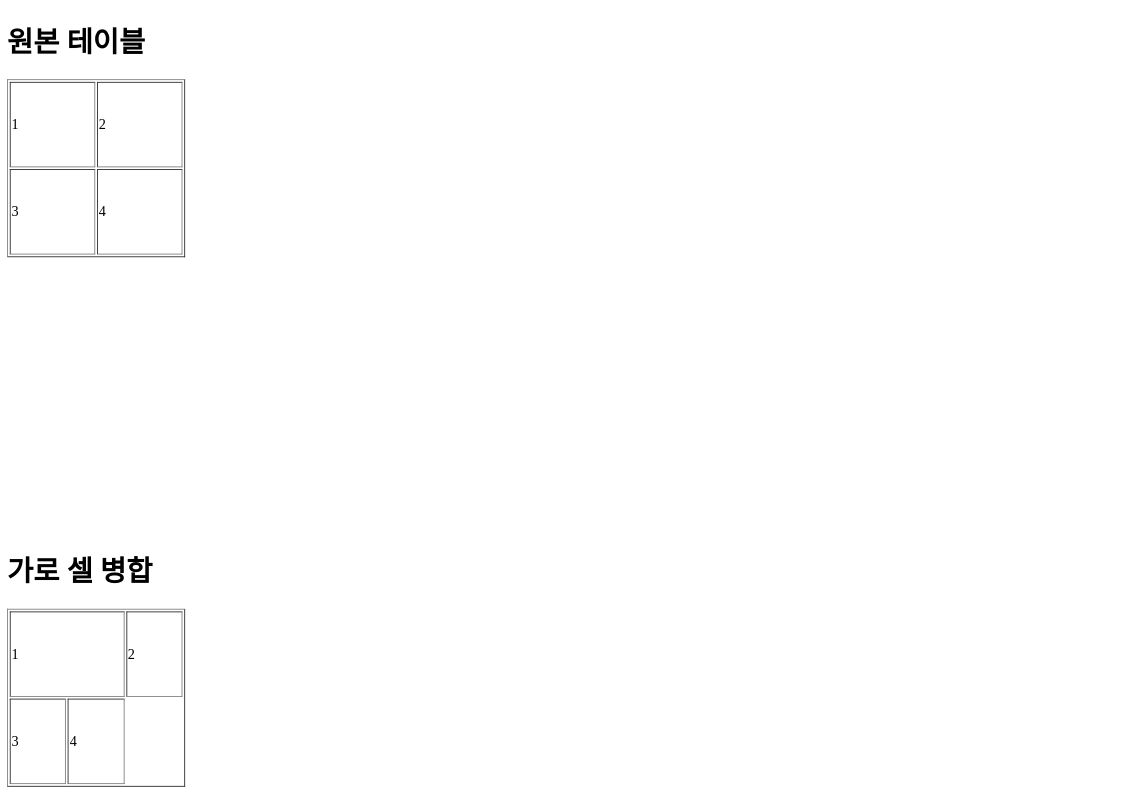
Repository: seula123/Front-End
Page: ClientTest/src/main/webapp/html/ex17_table.html
These files come from the project's save history. The page is drawn as it stood at one moment and after the next save; the edit follows.
The browser window is 1280 px wide. The pictures show the whole page, at 89% of full size.

Above is the page before, as saved 2023-09-21 01:28:22.

### ClientTest/src/main/webapp/html/ex17_table.html
<!DOCTYPE html>
<html>
<head>
<meta charset="UTF-8">
<title>Insert title here</title>
</head>
<body>

		<!-- ex17_table.html  -->



		<!--

			셀병합
			1. 가로 셀병합
			2. 세로 셀병합



		-->

		<h1> 원본 테이블 </h1>

		<table border width = "200" height ="200">
			<tr>
				<td>1</td>
				<td>2</td>
			</tr>
			<tr>
				<td>3</td>
				<td>4</td>
			</tr>
		</table>



		<br><br><br><br><br><br><br><br><br><br><br><br><br><br><br><br><br>


		<!--  ** 각각의 <tr>내의 <td> 개수는 동일해야한다.-->


		<h1> 가로 셀 병합 </h1>

		<table border width = "200" height ="200">
			<tr>
				<td colspan = "2">1</td>
				<td>2</td>
			</tr>
			<tr>
				<td>3</td>
				<td>4</td>
			</tr>
		</table>







</body>
</html>

After the next save:
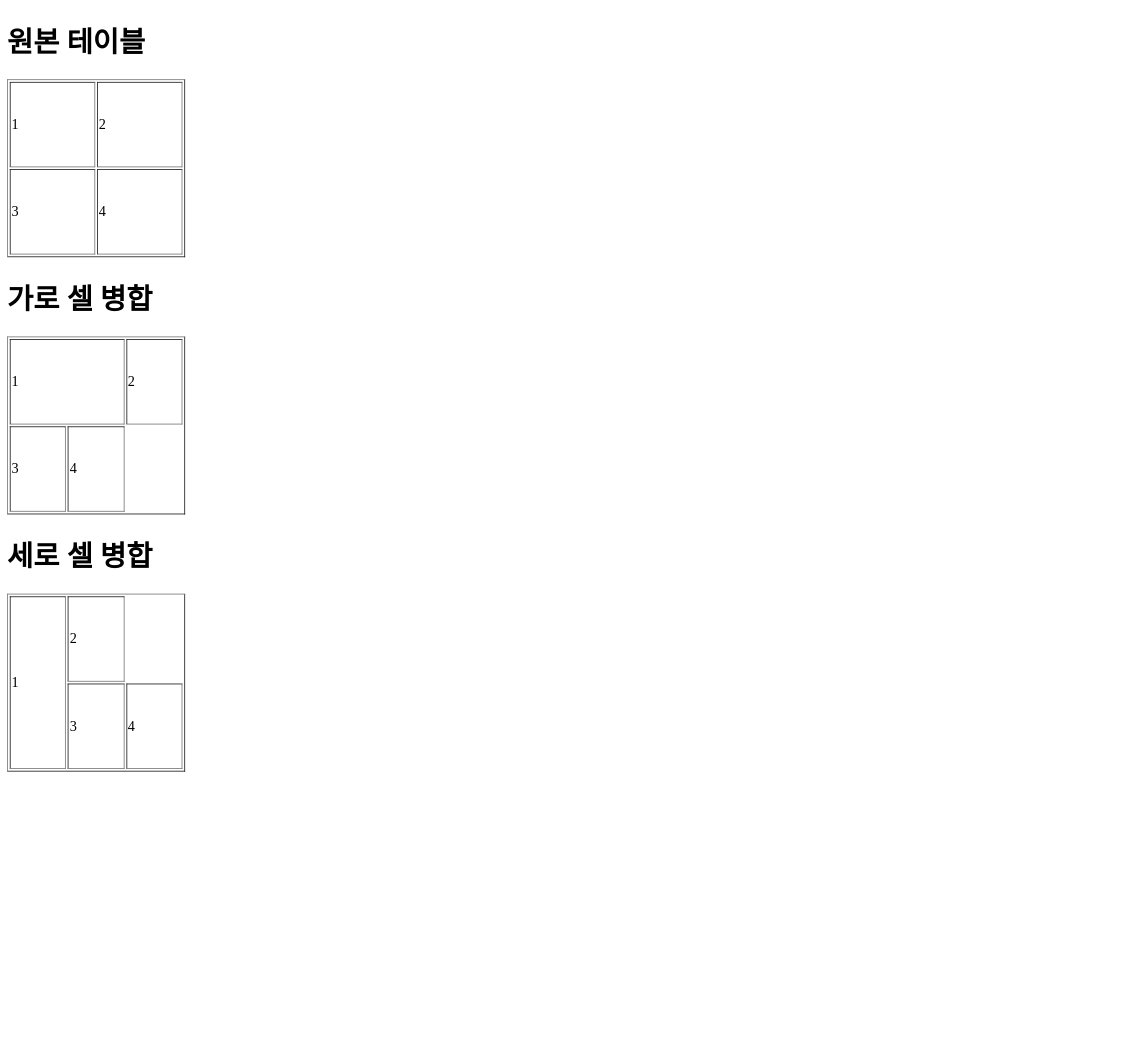
Saved 2 min 50 s later.
--- a/ClientTest/src/main/webapp/html/ex17_table.html
+++ b/ClientTest/src/main/webapp/html/ex17_table.html
@@ -35,8 +35,6 @@
 
 
 
-		<br><br><br><br><br><br><br><br><br><br><br><br><br><br><br><br><br>
-
 
 		<!--  ** 각각의 <tr>내의 <td> 개수는 동일해야한다.-->
 
@@ -60,5 +58,25 @@
 
 
 
+		<h1> 세로 셀 병합 </h1>
+
+		<table border width = "200" height ="200">
+			<tr>
+				<td rowspan ="2">1</td>
+				<td>2</td>
+			</tr>
+			<tr>
+				<td>3</td>
+				<td>4</td>
+			</tr>
+		</table>
+
+
+
+
+
+		<br><br><br><br><br><br><br><br><br><br><br><br><br><br><br><br><br>
+
+
 </body>
 </html>
